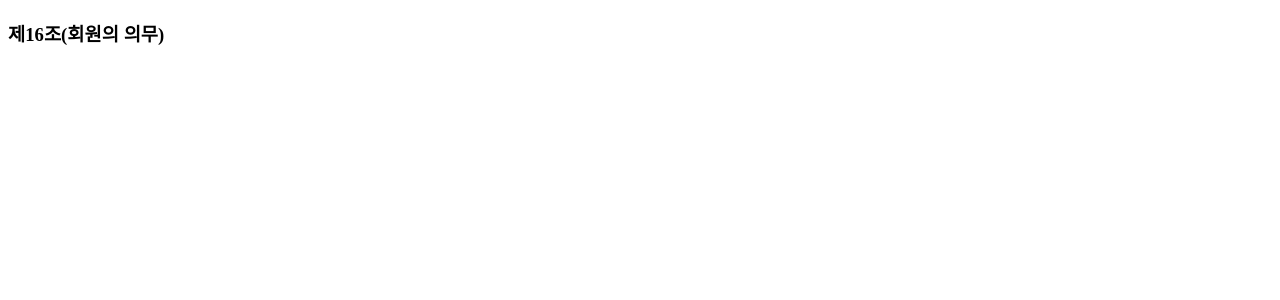
Repository: mingzzang666/study-html
Page: workspace/b_list/src/main/webapp/list-task.html
An editor plug-in stored every save of this project. The page is shown before and after the next save, followed by the edit.
The browser window is 1280 px wide. The pictures show the whole page.

Above is the page before, as saved 2025-07-10 03:27:27.

### workspace/b_list/src/main/webapp/list-task.html
<!--
   제16조(회원의 의무)
   II. 회원은 당 사이트의 사전 승낙 없이 서비스를 이용하여 어떠한 영리행위도 할 수 없습니다.
   IV. 회원은 당 사이트 서비스 이용과 관련하여 다음 각 호의 행위를 하여서는 안됩니다.
        a. 다른 회원의 ID를 부정 사용하는 행위
        b. 범죄행위를 목적으로 하거나 기타 범죄행위와 관련된 행위
 -->


<!DOCTYPE html>
<html>
<head>
<meta charset="UTF-8">
<title>리스트 태그 - 실습</title>
</head>
<body>
		<h3>제16조(회원의 의무)</h3>
		<ul></ul>

</body>
</html>

After the next save:
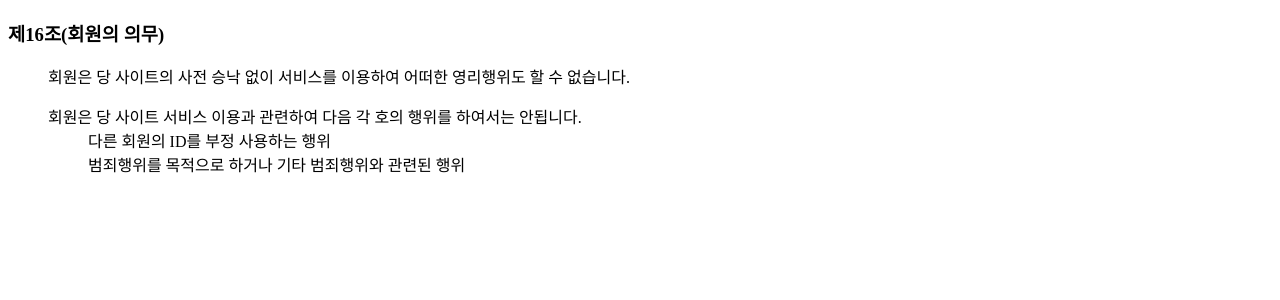
Saved 108 s later.
--- a/workspace/b_list/src/main/webapp/list-task.html
+++ b/workspace/b_list/src/main/webapp/list-task.html
@@ -15,7 +15,11 @@
 </head>
 <body>
 		<h3>제16조(회원의 의무)</h3>
-		<ul></ul>
+		<ol> 회원은 당 사이트의 사전 승낙 없이 서비스를 이용하여 어떠한 영리행위도 할 수 없습니다.</ol>
+		<ol> 회원은 당 사이트 서비스 이용과 관련하여 다음 각 호의 행위를 하여서는 안됩니다.
+				<ol> 다른 회원의 ID를 부정 사용하는 행위</ol>
+				<ol>범죄행위를 목적으로 하거나 기타 범죄행위와 관련된 행위</ol>
+		</ol>
 
 </body>
 </html>
